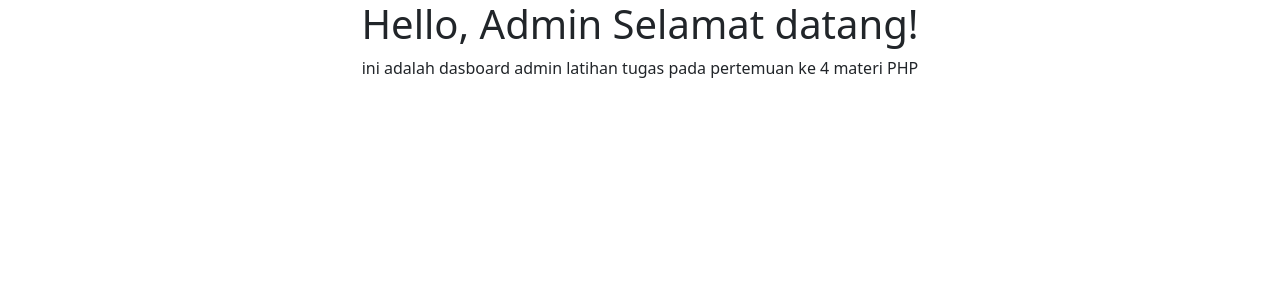
Repository: AHSANS354/Tugas-MSIB-5-GitHub
Page: http://localhost/tugas login/admin.php
The author's editor kept a copy of each file at every save. The page is drawn from the files as they stood at one save, then again after the next save.
The browser window is 1280 px wide. The pictures show the whole page.
The page is run by PHP 8.4 with error messages shown; the project is at /var/www/html/.

Above is the page before, as saved 2023-09-28 00:22:00.

### tugas login/admin.php
<!doctype html>
<html lang="en">
  <head>
    <meta charset="utf-8">
    <meta name="viewport" content="width=device-width, initial-scale=1">
    <title>Bootstrap demo</title>
    <link href="https://cdn.jsdelivr.net/npm/bootstrap@5.3.2/dist/css/bootstrap.min.css" rel="stylesheet" integrity="sha384-T3c6CoIi6uLrA9TneNEoa7RxnatzjcDSCmG1MXxSR1GAsXEV/Dwwykc2MPK8M2HN" crossorigin="anonymous">
  </head>
  <body>
    <?php
        $helo = 'Hello, Admin Selamat datang!'

    ?>
    <div class="container">
        <h1 class="text-center"><?= $helo ?></h1>
        <div class="row">
            <div class="col text-center">
                <span>ini adalah dasboard admin latihan tugas pada pertemuan ke 4 materi PHP</span>
            </div>
        </div>
    </div>
    <script src="https://cdn.jsdelivr.net/npm/bootstrap@5.3.2/dist/js/bootstrap.bundle.min.js" integrity="sha384-C6RzsynM9kWDrMNeT87bh95OGNyZPhcTNXj1NW7RuBCsyN/o0jlpcV8Qyq46cDfL" crossorigin="anonymous"></script>
  </body>
</html>

After the next save:
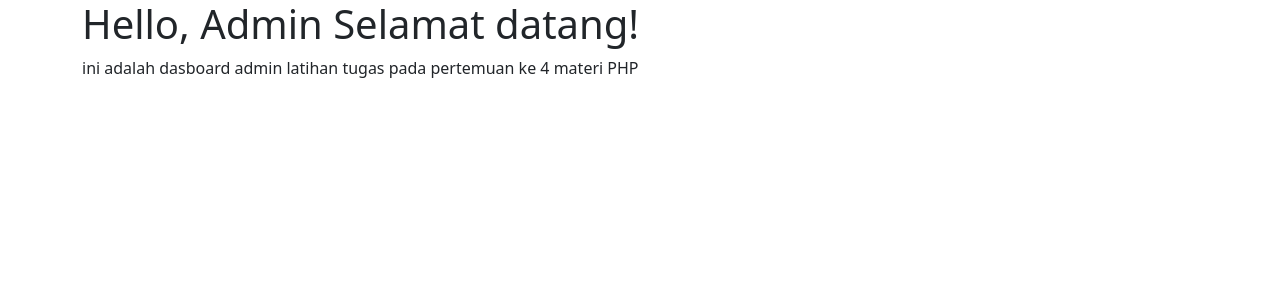
Saved 17 s later.
--- a/tugas login/admin.php
+++ b/tugas login/admin.php
@@ -12,9 +12,9 @@
 
     ?>
     <div class="container">
-        <h1 class="text-center"><?= $helo ?></h1>
+        <h1><?= $helo ?></h1>
         <div class="row">
-            <div class="col text-center">
+            <div class="col">
                 <span>ini adalah dasboard admin latihan tugas pada pertemuan ke 4 materi PHP</span>
             </div>
         </div>
